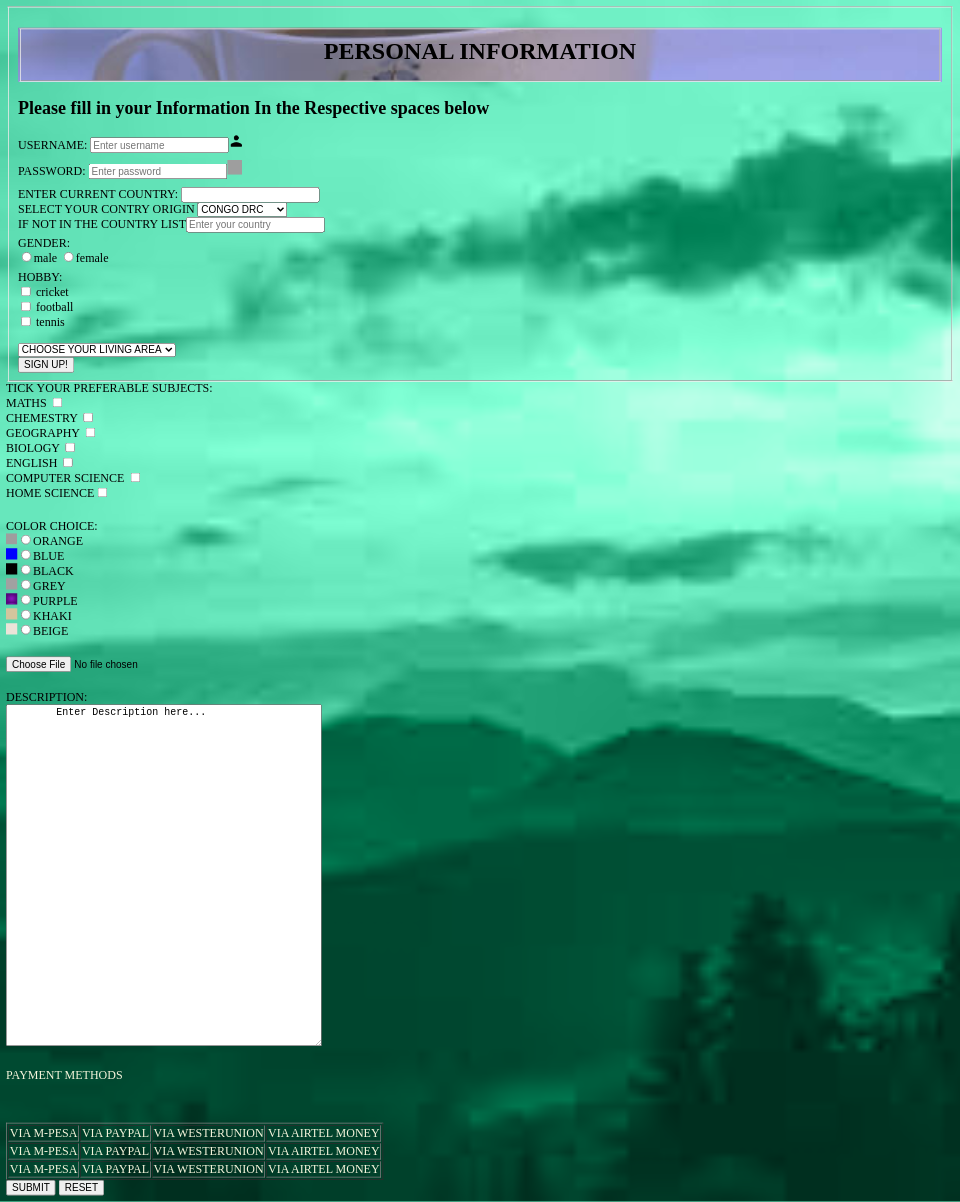
Repository: mirambialex/myform
Page: website/INDEX.HTML
An editor plug-in stored every save of this project. The page is shown before and after a run of saves, followed by the edit.
The browser window is 1280 px wide. The pictures show the whole page, at 75% of full size.
Pictures or frames that could not be fetched are drawn as grey boxes.

Above is the page before, as saved 2024-04-18 11:17:55.

### website/INDEX.HTML
<!DOCTYPE html>
<html lang="en">
<head>

    <title>WEBPAGE DESIGN</title>
    <LINK REL="STYLESHEET" HREF="STYLE.CSS">
</head>
<body>
   <FOrm> <FIEldset>
            <DIV class="AI">
                <h1><FIEldset>PERSONAL INFORMATION </FIEldset></h1>
</DIV>
<DIV CLASS="BI"> <H2>
    Please fill in your Information In the Respective spaces below
</H2>
</DIV>
<div class="gb">
 <DIV class="MAIN">USERNAME: <INPUT TYPE="TEXT" placeholder="Enter username"><img width="20" height="20" src="user.jpg"<br/>

 </DIV>
 <DIV class="A"> PASSWORD: <INPUT TYPE="PASSWORD" placeholder="Enter password"><img width="20" height="20" src="https://img.icons8.com/ios-filled/50/lock.png" alt="lock"/> <br/></DIV>
    <DIV class="AB">
        ENTER CURRENT COUNTRY: <INPUT type="text"></INPUT>
    </DIV>
    <DIV CLASS="B">
        SELECT YOUR CONTRY ORIGIN <SELect>
            <OPTIon>CONGO DRC</OPTIon>
            <OPTIon>KENYA</OPTIon>
            <OPTIon>SUDAN</OPTIon>
            <OPTIon>SOUTH SUDAN</OPTIon>
            <OPTIon>RWANDA</OPTIon>
            <OPTIon>BURUNDI</OPTIon>
            <OPTIon>UGANDA</OPTIon>
            <OPTIon>TANZANIA</OPTIon>
            <OPTIon>SOMALIA</OPTIon>

        </SELect> <br/>
    </DIV>
    <div class="wcb">
    IF NOT IN THE COUNTRY LIST<INPUt type="TEXT" placeholder="Enter your country"</INPUt>
    </div>
<div class="d">
<LAbeL for="GENDER">GENDER: </LAbel><BR/>
<INPUT type="radio" ID="GENDER" name="GENDER" VALUE="male"/>male
<INPUT type="radio" ID="GENDER" name="GENDER" VALUE="female"/>female <br/>
</div>
<div class="e">
HOBBY:<br>
<input type="checkbox" id="cricket" name="cricket" value="cricket"/>
<label for="cricket">cricket</label> <br>
<input type="checkbox" id="football" name="football" value="football"/>
<label for="football">football</label> <br>
<input type="checkbox" id="tennis" name="tennis" value="tennis"/>
<label for="tennis">tennis</label> <br>
<br/> </div>
<div class="address">
    <select name="address">
        <option value="one">CHOOSE YOUR LIVING AREA</option>
        <option>kakuma town</option>
        <option>kakuma 1</option>
        <option>kakuma 2</option>
        <option>kakuma 3</option>
        <option>kakuma 4</option>
        <option>kalobeyeyi</option>
    </select>
</div>
<DIV class="C"><BUTTon>SIGN UP!</BUTTon></DIV>
</FIEldset>
</div>
</div>
</DIV>
</FORM>
<FORM>
    <DIV class="FORM"></A>TICK YOUR PREFERABLE SUBJECTS: <BR/>
    MATHS <input TYPE="checkbox" NAME="MATHS" VALUE="ON"><BR/>
    CHEMESTRY <INPUT type="checkbox" NAME="CHEMESTRY" VALUE="ON"><BR/>
        GEOGRAPHY <INPUT type="checkbox" NAME="GEOGRAPHY" value="ON"><BR/>
            BIOLOGY <INPUT type="checkbox" NAME="BIOLOGY" VALUE="ON"><BR/>
                ENGLISH <input type="checkbox" name="ENGLISH" value="ON"><BR/>
                COMPUTER SCIENCE <input TYPE="checkbox" name="COMPUTER SCIENCE" value="ON"><BR/>
                HOME SCIENCE<input type="checkbox" name="HOME SCIENCE" VALUE="ON"></BR></DIV>
                <DIV class="FORM2">
                    <LAbel FOR="COLOR CHOICE">COLOR CHOICE:</LAbel><BR/>
                    <IMG WIDTH="15" HEIGHT="15" SRC="ORAGE.JPG"><INPut type="RADIO" NAME="COLOR" VALUE="ORANGE">ORANGE</INPut><BR/>
                    <IMG WIDTH="15" HEIGHT="15" SRC="BLUE.JPG"><INPut type="RADIO" NAME="COLOR" VALUE="BLUE">BLUE</INPut><BR/>
                    <IMG WIDTH="15" HEIGHT="15" SRC="BLACK.JPG"><INPut type="RADIO" NAME="COLOR" VALUE="BLACK">BLACK</INPut><BR/>
                    <IMG WIDTH="15" HEIGHT="15" SRC="GREY.JPG"><INPut type="RADIO" NAME="COLOR" VALUE="GREY">GREY</INPut><BR/>
                    <IMG WIDTH="15" HEIGHT="15" SRC="PURPLE.JPG"><INPut type="RADIO" NAME="COLOR" VALUE="PURPLE">PURPLE</INPut><BR/>
                    <IMG WIDTH="15" HEIGHT="15" SRC="KHAKI.JPG"><INPut type="RADIO" NAME="COLOR" VALUE="KHAKI">KHAKI</INPut><BR/>
                    <IMG WIDTH="15" HEIGHT="15" SRC="BEIGE.JPG"><INPut type="RADIO" NAME="COLOR" VALUE="BEIGE">BEIGE</INPut><BR/>
                </DIV>
                <DIV class="FILE"><INPUT TYPE="FILE" NAME="FILEUPLOAD" accept="IMAGE/*" /></DIV>
                <DIV class="FORM1">
    DESCRIPTION: <br/>
    <textarea name="Description" cols="50" rows="30">
        Enter Description here...
    </textarea>
</DIV>
<DIV class="TABLE1">
    <TABle border="1">PAYMENT METHODS<BR/>
    <TR><BR/>
    <TD>VIA M-PESA</TD>
    <TD>VIA PAYPAL</TD>
    <TD>VIA WESTERUNION</TD>
    <TD>VIA AIRTEL MONEY</TD>
</TR>
<TR><BR/>
    <TD>VIA M-PESA</TD>
    <TD>VIA PAYPAL</TD>
    <TD>VIA WESTERUNION</TD>
    <TD>VIA AIRTEL MONEY</TD>
</TR>
<TR><BR/>
    <TD>VIA M-PESA</TD>
    <TD>VIA PAYPAL</TD>
    <TD>VIA WESTERUNION</TD>
    <TD>VIA AIRTEL MONEY</TD>
</TR>
</TABle>
</DIV>
<INPut type="submit" name="submit" value="SUBMIT"></INPut>
<INPut type="RESET" name="RESET" value="RESET"></INPut>
</FORM>
 </body>
</html>

### website/STYLE.CSS
BODY{
    background-image: url(IMAGE.JPG);
    background-color: aquamarine;
    background-position: center;
    background-size: cover;
    background-repeat: no-repeat;
    background-blend-mode: luminosity;
}
H1{
    text-align: center;
}
.O{
    background-color: aliceblue;
    background-image: url(ALEX.PNG.JPG);
}
.MAIN{
    margin-bottom: 0.8%;
    background-color:
}
.A{
    margin-bottom: 0.8%;
}
.c{
    margin-bottom: 1.5%;
    color: blueviolet;
    text-decoration: aqua;
}
.d{
    margin-top: 0.4%;

}
.e{
    margin-top: 0.6%;
}
.AI{
    background-image: url(ALEX.JPG);
    background-repeat: no-repeat;
    background-position: center;
    background-size: cover;
}
.gb{
    display: block;

}
: :-ms-input-placeholder{
    color:red;
}
.address{

}
.FORM1{
    margin-top: 2%;
    margin-bottom: 2%;
}
.TABLE1{
    color: beige;
    border-radius: 20;

}
.FORM2{
    margin-top: 2%;
}
.FILE{
    margin-top: 2%;
}
.SEARCH{
    width: 350PX;
    float: left;
    margin-left: 270PX;
}
.SRCH{
    height: 0;
    width: 200PX;
    background: transparent;
    border: 1PX solid orange;
    font-family: 'Times New Roman';
    margin-top: ;
    color: ;
    font-size: ;
    border-right: ;
}

After the next 3 saves:
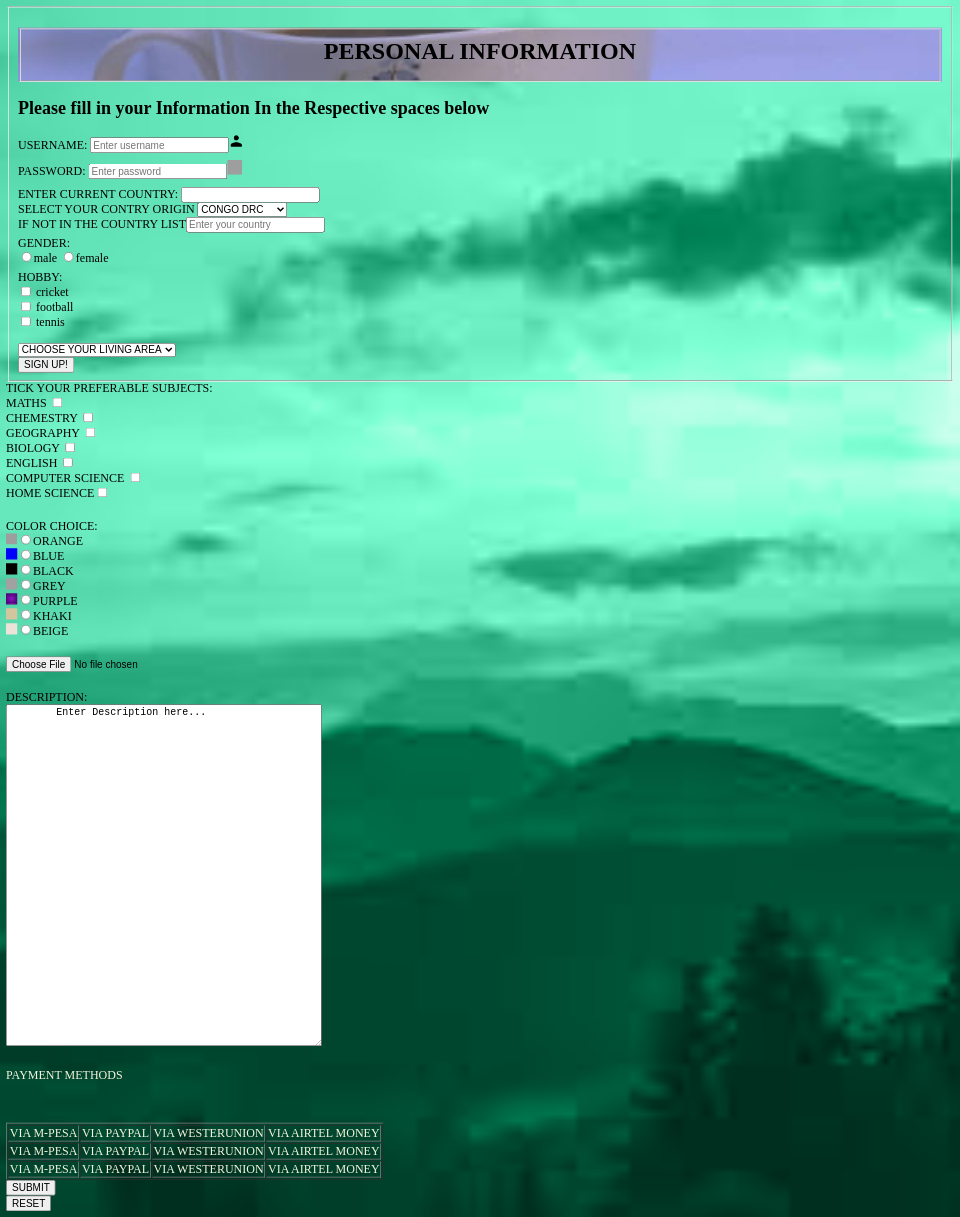
The 3 saves are shown as one change because they came seconds apart.
The last was saved 18 s later.
--- a/website/INDEX.HTML
+++ b/website/INDEX.HTML
@@ -118,8 +118,8 @@ HOBBY:<br>
 </TR>
 </TABle>
 </DIV>
-<INPut type="submit" name="submit" value="SUBMIT"></INPut>
-<INPut type="RESET" name="RESET" value="RESET"></INPut>
+<INPut type="submit" name="submit" value="SUBMIT"></INPut><BR/>
+<INPut type="RESET" name="RESET" value="RESET"></INPut><BR/>
 </FORM>
  </body>
 </html>
